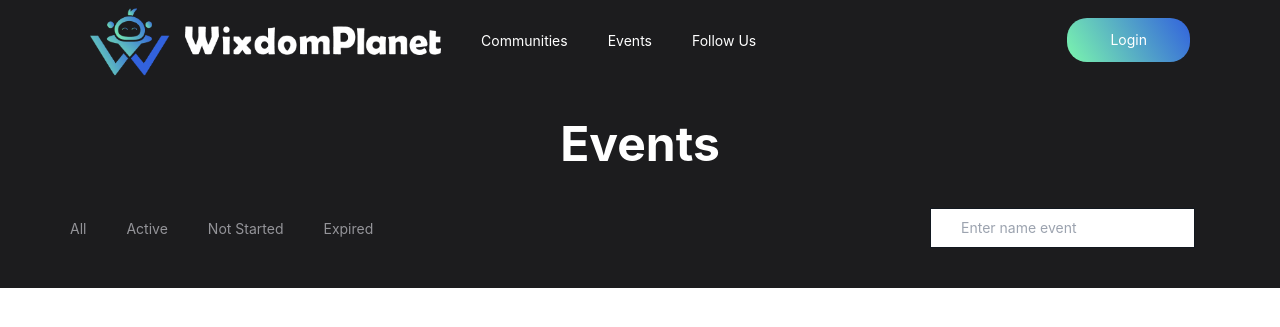
Repository: haudnn/WixdomPlanet-demo
Page: /
These files come from the project's save history. The page is drawn as it stood at one moment and after the next save; the edit follows.
The browser window is 1280 px wide. The pictures show the whole page.
The project was rebuilt for these pictures with package versions that can differ from the ones it lists, and the page was loaded fresh each time. Also part of the build but not shown: vite.config.js, src/App.css.

Above is the page before, as saved 2023-02-03 10:27:16.

### src/App.jsx
import "./App.css";
import { BrowserRouter } from "react-router-dom";
import Header from "./components/Layout/Header";
import RoutesConfig from "./config/RoutesConfig";
function App() {
  return (
    <div className="App bg-[#1c1c1e]">
      <BrowserRouter>
        <Header />
        <RoutesConfig/>
      </BrowserRouter>
    </div>
  );
}

export default App;

### src/index.css
@tailwind base;
@tailwind components;
@tailwind utilities;

:root {
  font-family: Inter, system-ui, Avenir, Helvetica, Arial, sans-serif;
}

### src/components/Layout/Header.jsx
import React from 'react'
import { Link } from 'react-router-dom'
import logo from "../../assets/imgs/logo.png"
const Header = () => {
  return (
    <header className='h-[80px]'>
        <div className='max-w-[1140px] my-0 mx-auto h-full px-5'>
            <div className='flex items-center justify-between h-full'>
                <div className='flex items-center gap-x-10'>
                    <div className='h-[80px]'>
                        <Link to="/">
                            <img src={logo} alt="Logo" className='w-full h-full object-cover' />
                        </Link>
                    </div>
                    <ul className='flex items-center gap-x-10'>
                        <li>
                            <Link className='text-sm text-white' to="/communities">Communities</Link>
                        </li>
                        <li>
                            <Link className='text-sm text-white' to="/events">Events</Link>
                        </li>
                        <li>
                            <Link className='text-sm text-white' to="/follow">Follow Us</Link>
                        </li>
                    </ul>
                </div>
                <button style={{background: "linear-gradient(239deg,#3262dd,#7af4ae 98.78%)"}} className='text-sm text-white rounded-[20px] py-3 px-[43px]'>
                    <Link to="/login">Login</Link>
                </button>
            </div>
        </div>
    </header>
  )
}

export default Header

### src/config/RoutesConfig.jsx
import { Routes, Route } from 'react-router-dom';
import routes from '../constants/routes';
function RoutesConfig() {
  return (
    <Routes>
      {routes.map(({ path, component }) => (
        <Route key={path} path={path} element={component} />
      ))}
    </Routes>
  );
}
export default RoutesConfig;

### src/constants/routes.jsx
import Home from "../features/Home";

const routes = [
    {
      path: '/',
      component: <Home/>,
    },
]
export default routes;

### src/features/Home.jsx
import React from 'react'

const Home = () => {
  return (
    <section className='home py-10 max-w-[1140px] my-0 mx-auto'>
        <div className='text-center'>
            <span className="text-white font-bold text-5xl ">Events</span>
        </div>
        <div className='mt-10 flex items-center justify-between'>
            <ul className='flex items-center gap-x-10'>
                <li>
                    <span className='text-sm text-[#949499] cursor-pointer'>All</span>
                </li>
                <li>
                    <span className='text-sm text-[#949499] cursor-pointer'>Active</span>
                </li>
                <li>
                    <span className='text-sm text-[#949499] cursor-pointer'>Not Started</span>
                </li>
                <li>
                    <span className='text-sm text-[#949499] cursor-pointer'>Expired</span>
                </li>
            </ul>
            <div className='w-[280px]'>
                <input type="text" placeholder='Enter name event' className='text-sm pl-[30px] pr-[15px] h-10 leading-10 border border-solid border-[#121820] inline-block '/>
            </div>
        </div>
    </section>
  )
}

export default Home

Loaded but not shown: index.html (common file); src/main.jsx (common file); tailwind.config.cjs (common file)

After the next save:
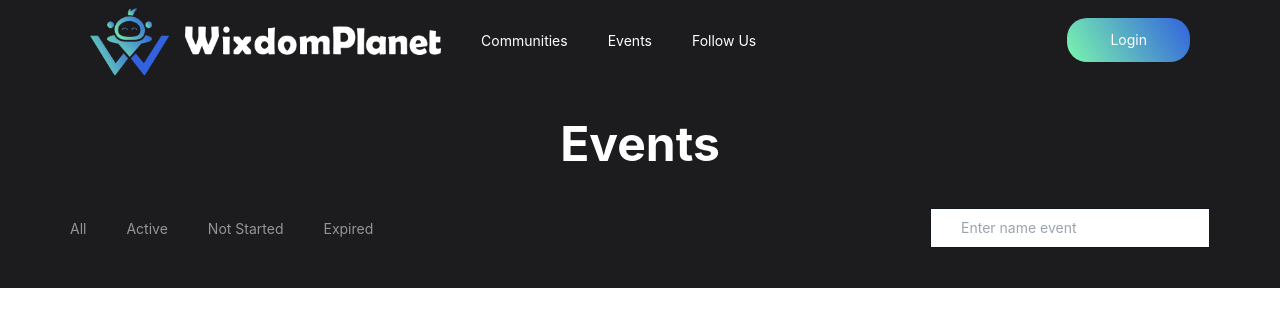
Saved 11 s later.
--- a/src/features/Home.jsx
+++ b/src/features/Home.jsx
@@ -22,7 +22,7 @@
                 </li>
             </ul>
             <div className='w-[280px]'>
-                <input type="text" placeholder='Enter name event' className='text-sm pl-[30px] pr-[15px] h-10 leading-10 border border-solid border-[#121820] inline-block '/>
+                <input type="text" placeholder='Enter name event' className='text-sm pl-[30px] pr-[15px] h-10 leading-10 border border-solid border-[#121820] inline-block w-full '/>
             </div>
         </div>
     </section>
